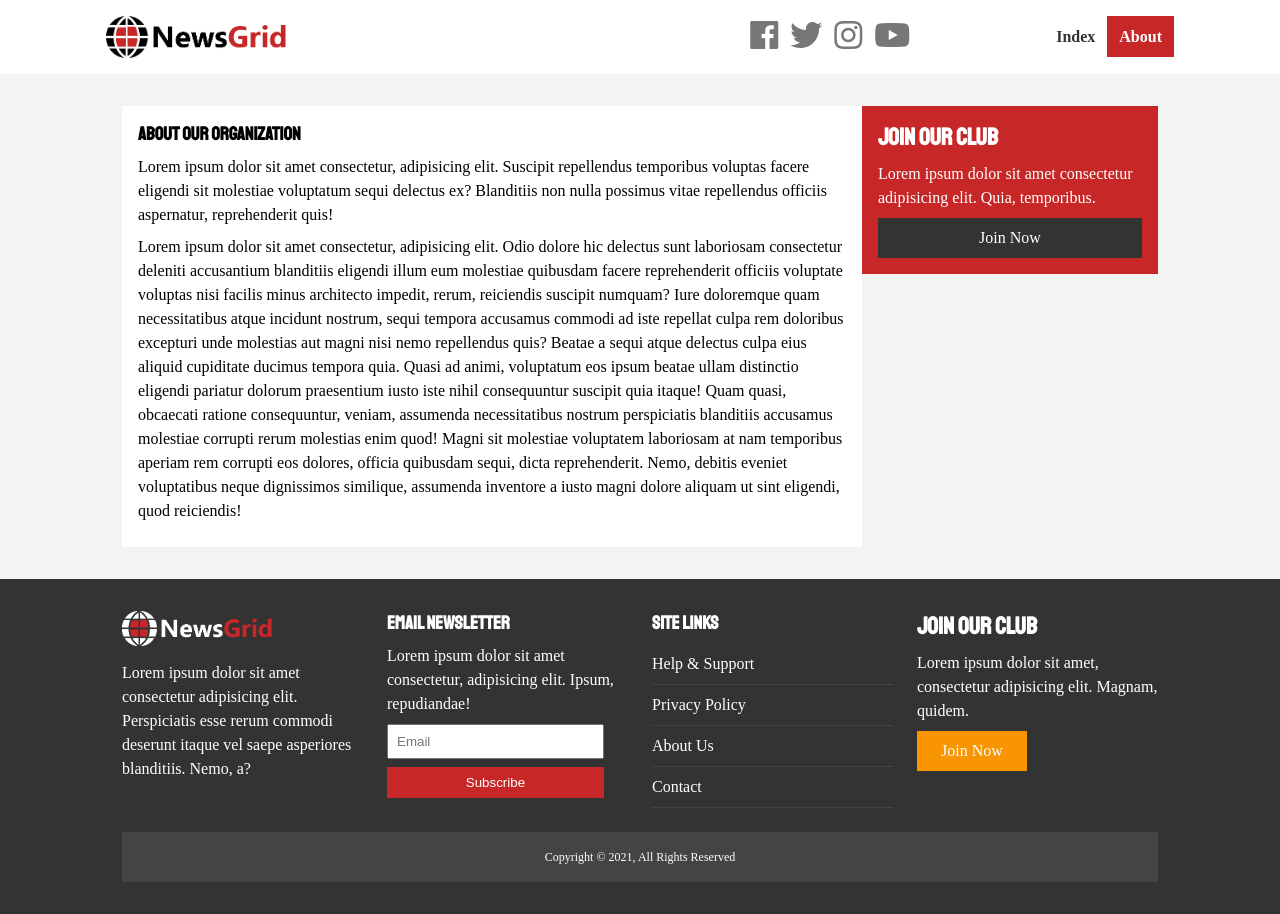
Repository: minhtien9/newsgrid
Page: about.html
The author's editor kept a copy of each file at every save. The page is drawn from the files as they stood at one save, then again after the next save.
The browser window is 1280 px wide. The pictures show the whole page.
Some web libraries are served in a nearby version.

Above is the page before, as saved 2021-08-26 11:56:55.

After the next save:
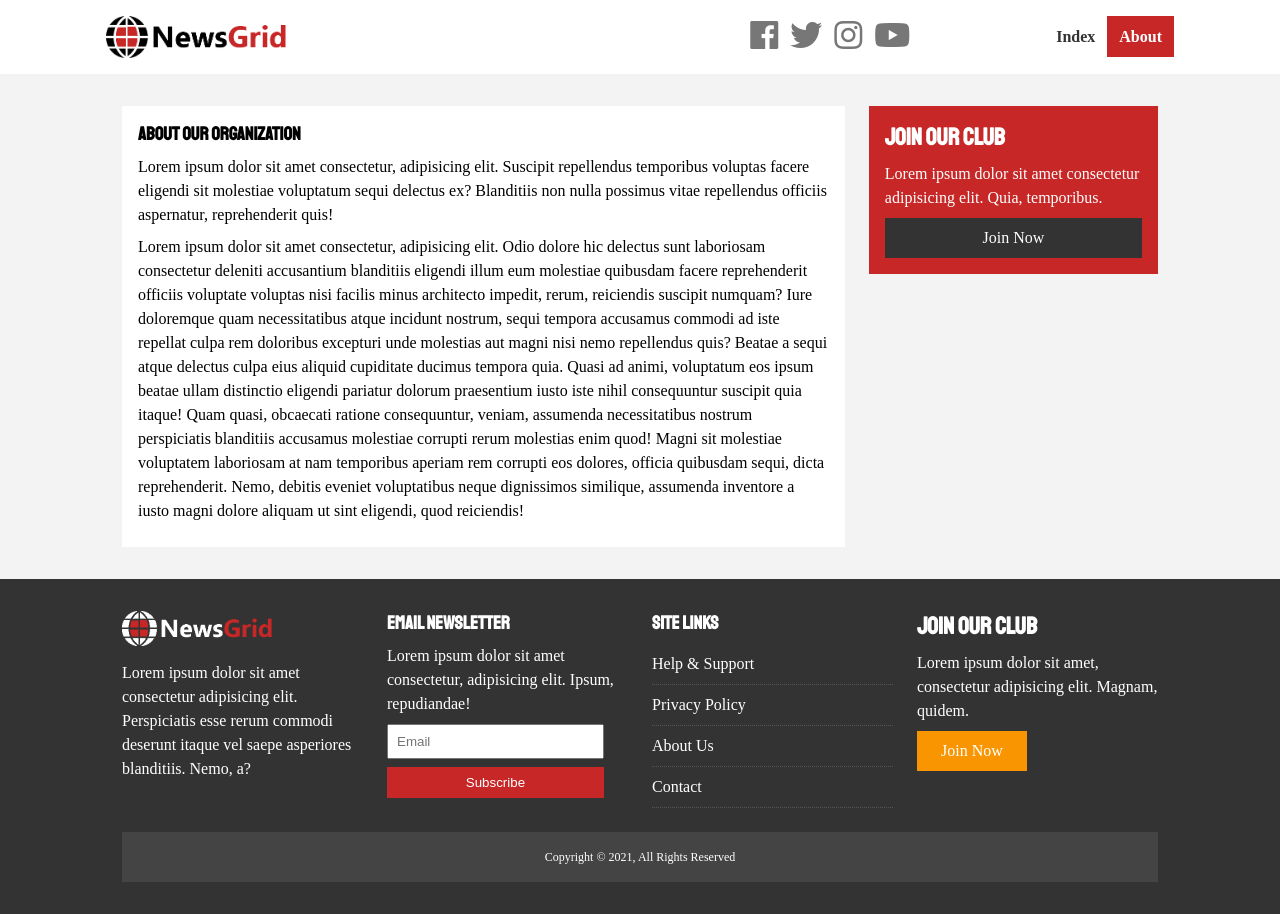
Saved 10 s later.
--- a/css/style.css
+++ b/css/style.css
@@ -184,12 +184,11 @@ h6 {
   display: grid;
   grid-template-columns: 5fr 2fr;
   margin: 2rem 0;
+  grid-gap: 1.5rem;
 }
 
 .page-container > *:first-child {
   grid-row: 1 / span 3;
-
-  grid-gap: 1.5rem;
 }
 /* Navigation */
 
